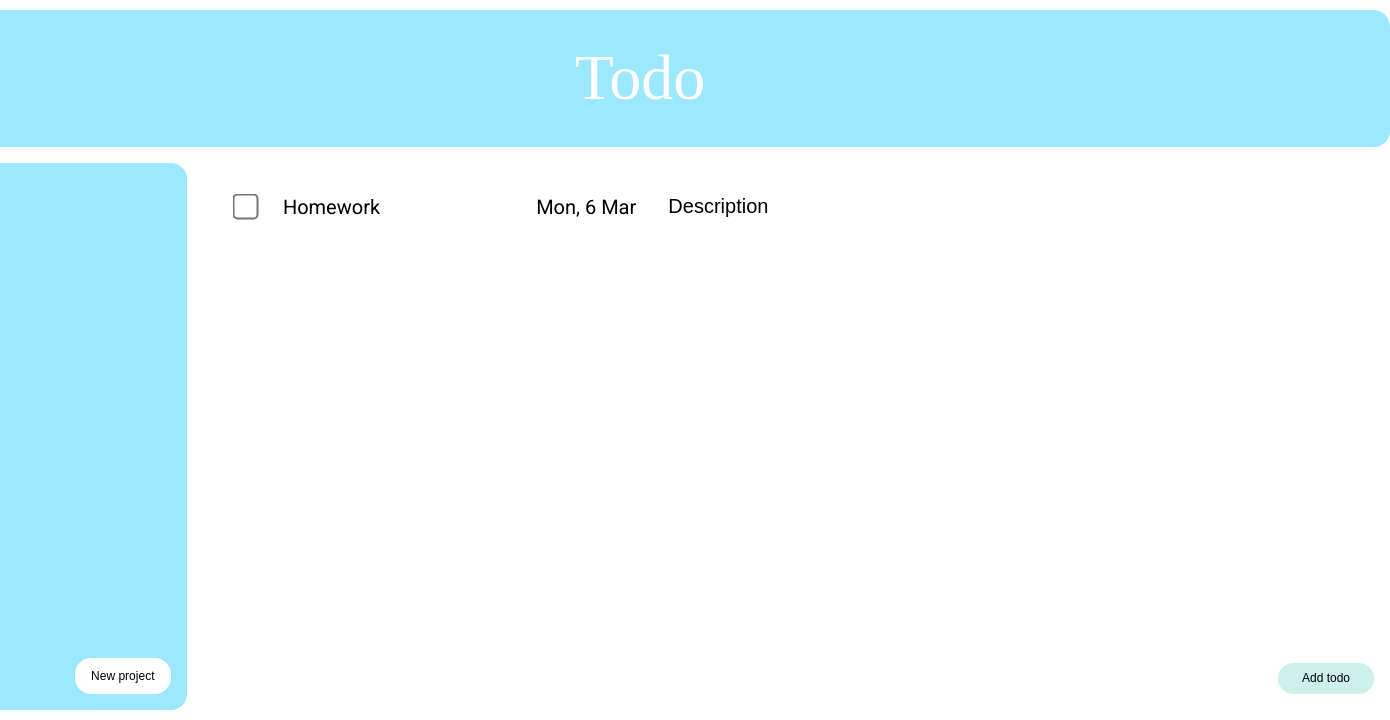
Repository: yeetzpxoci/todo-list
Page: dist/index.html
The author's editor kept a copy of each file at every save. The page is drawn from the files as they stood at one save, then again after the next save.
The browser window is 1280 px wide. The page is 1390 px wide, so the pictures cover 1390 px, including what lies to the right of the window. The pictures show the whole page.
Some web fonts or font styles are not loaded; a fallback is used.

Above is the page before, as saved 2023-03-07 17:28:43.
Console error: ReferenceError: projectNameSubmit is not defined

After the next save:
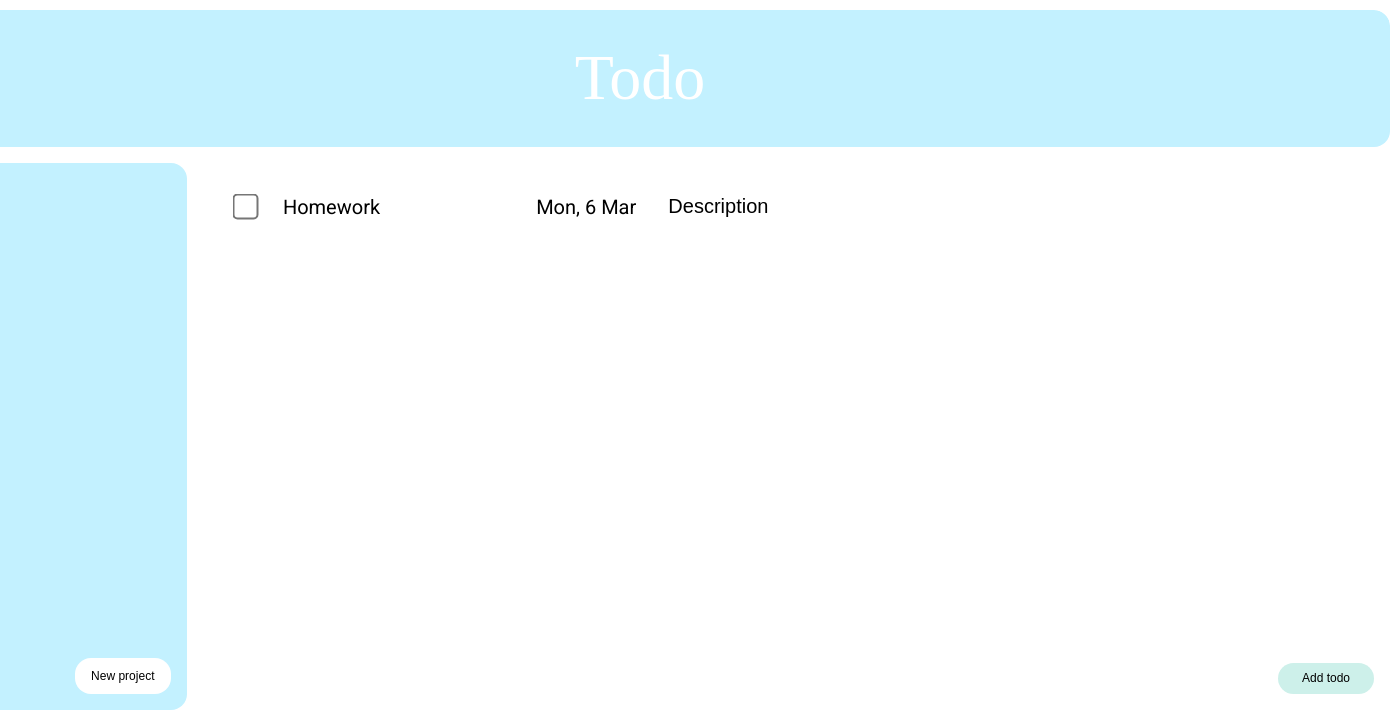
Saved 10 s later.
--- a/dist/styles.css
+++ b/dist/styles.css
@@ -35,7 +35,7 @@ p {
     display: flex;
     justify-content: center;
     align-items: center;
-    background-color: #9be8ff;
+    background-color: #c3f1ff;
     font-size: 64px;
     font-family: 'Tilt Warp', cursive;
     grid-column: 1 / 3;
@@ -53,7 +53,7 @@ p {
 #sidebar {
     display: flex;
     flex-direction: column;
-    background-color: #9be8ff;
+    background-color: #c3f1ff;
     grid-column: 1 / 2;
     grid-row: 2 / 3;
     z-index: -1;
